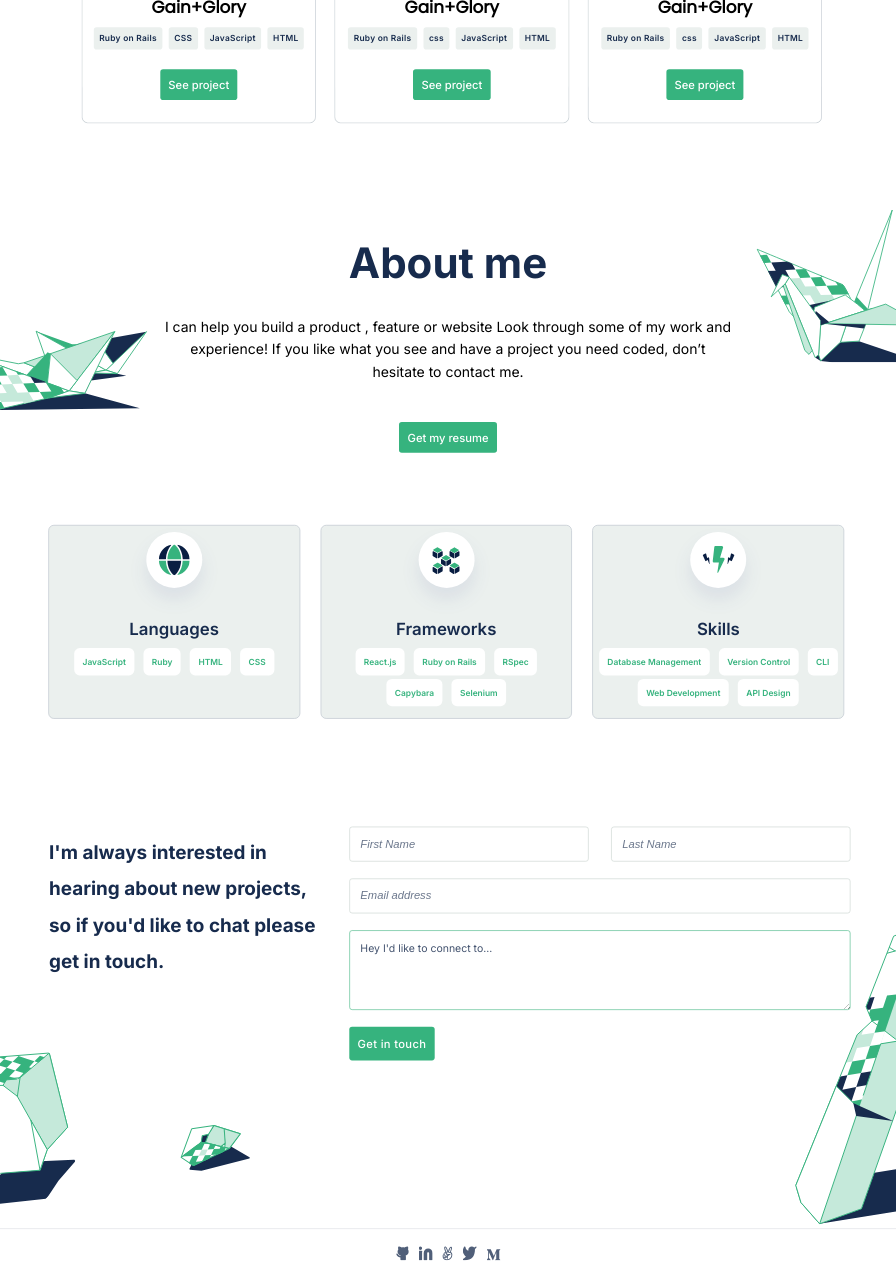
Repository: Salimer/old-Portfolio
Page: index.html
The author's editor kept a copy of each file at every save. The page is drawn from the files as they stood at one save, then again after the next save.
The browser window is 1280 px wide. The pictures show the part of the page from y = 2067 to 3987 px (the page is 3897 px tall before and 3987 px after), at 70% of full size.

Above is the page before, as saved 2023-04-03 18:37:29.

After the next save:
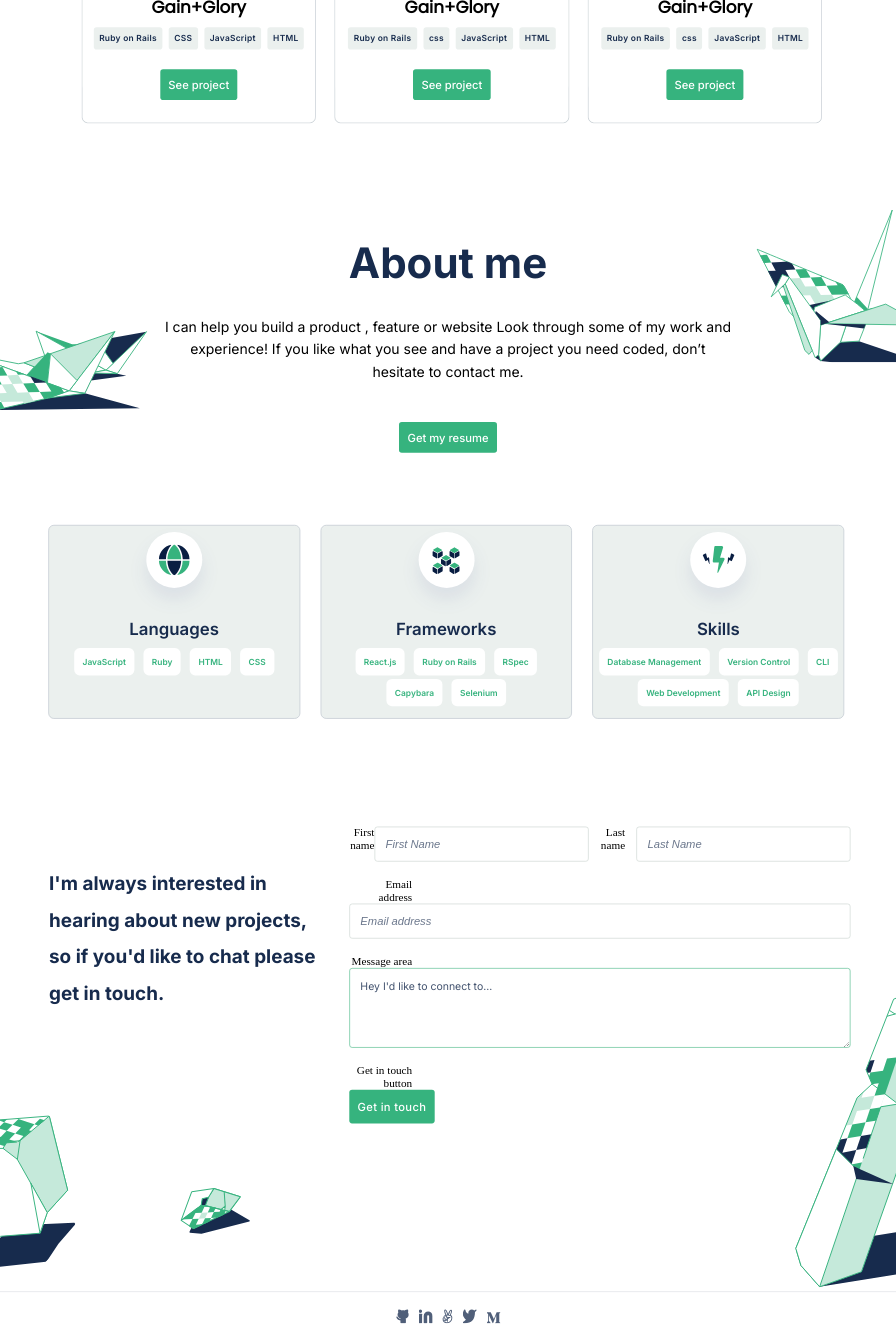
Saved 40 min 52 s later.
--- a/index.html
+++ b/index.html
@@ -247,21 +247,27 @@
                 <form action="https://formspree.io/f/myyangkd" method="POST">
                     <ul>
                         <li class="full-name">
+                            <label for="name" hidden>Full name</label>
                             <input type="text" maxlength="30" id="name" name="user_name" placeholder="Full name" required />
                         </li>
                         <li class="first-last-name">
+                            <label for="first-name" hidden>First name</label>
                             <input type="text" maxlength="30" id="first-name" name="user_name" placeholder="First Name" required />
+                            <label for="last-name" hidden>Last name</label>
                             <input type="text" maxlength="30" id="last-name" name="user_name" placeholder="Last Name" required />
                         </li>
                         </li>
                         <li>
+                            <label for="mail" hidden>Email address</label>
                             <input type="email" id="mail" name="user_email" placeholder="Email address" required />
                         </li>
                         <li>
+                            <label for="msg" hidden>Message area</label>
                             <textarea id="msg" maxlength="500" name="user_message" placeholder="Hey I'd like to connect to..." ></textarea>
                         </li>
                         <li class="contact-me-button-li">
-                            <button class="contact-me-button bg-color1" type="submit">Get in touch</button>
+                            <label for="get-in-touch-button" hidden>Get in touch button</label>
+                            <button id="get-in-touch-button" class="contact-me-button bg-color1" type="submit">Get in touch</button>
                         </li>
                     </ul>
                 </form>
